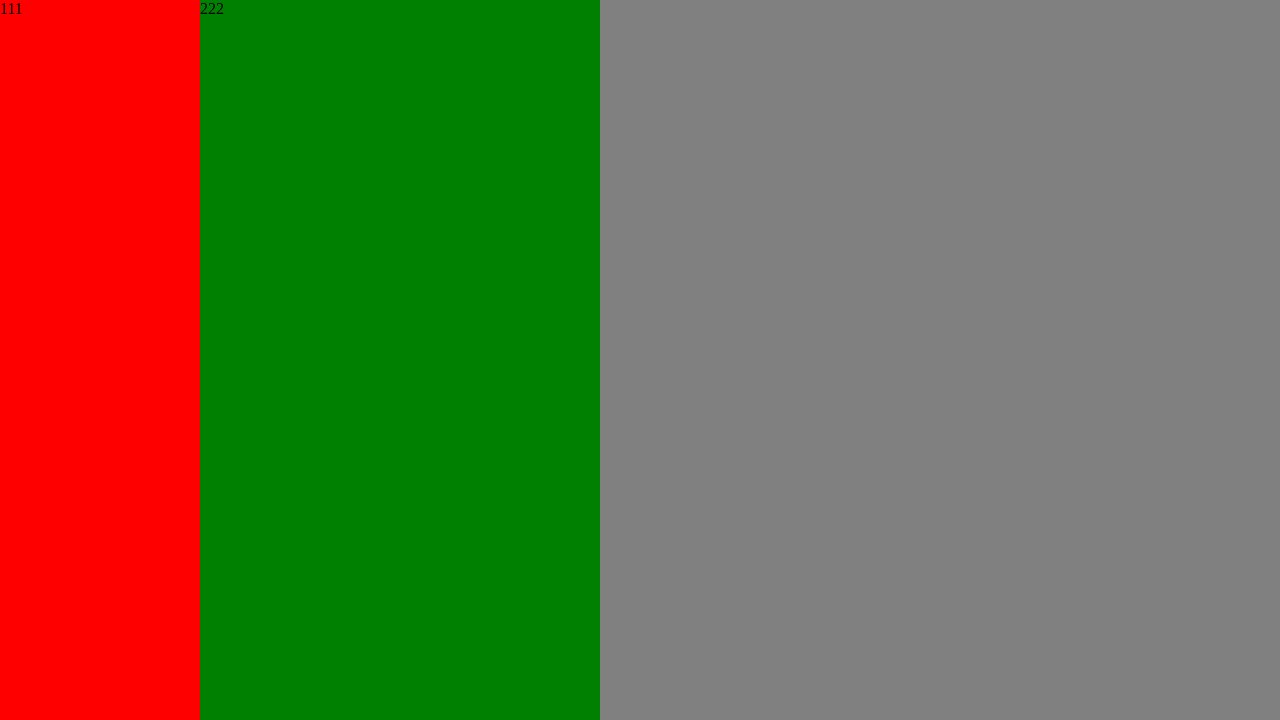
Repository: lihaitao123321/vue-demo-1
Page: /
An editor plug-in stored every save of this project. The page is shown before and after the next save, followed by the edit.
The browser window is 1280 px wide. The pictures show the whole page.
The project was rebuilt for these pictures with package versions that can differ from the ones it lists, and the page was loaded fresh each time.

Above is the page before, as saved 2021-12-20 10:25:02.

After the next save:
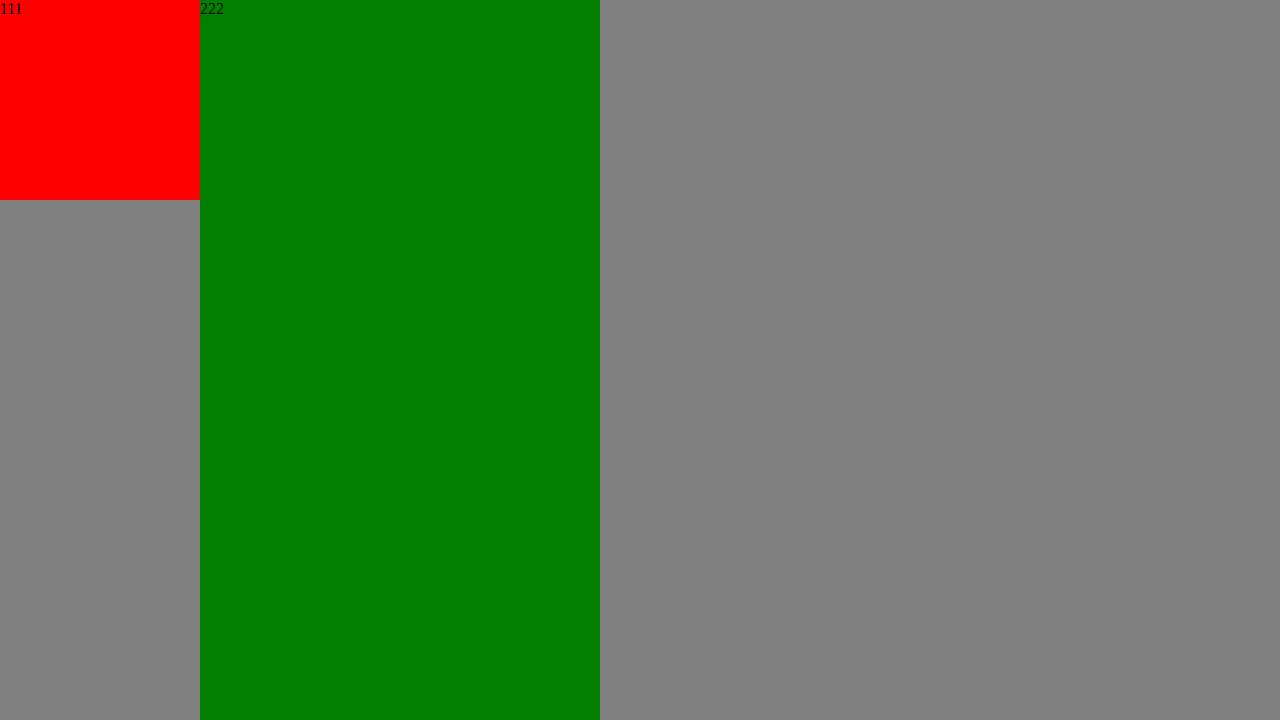
Saved 15 s later.
--- a/src/App.vue
+++ b/src/App.vue
@@ -39,6 +39,7 @@
 .div1 {
   background-color: red;
   width: 200px;
+  height: 200px;
 }
 .div2 {
   background-color: green;

After the save that followed:
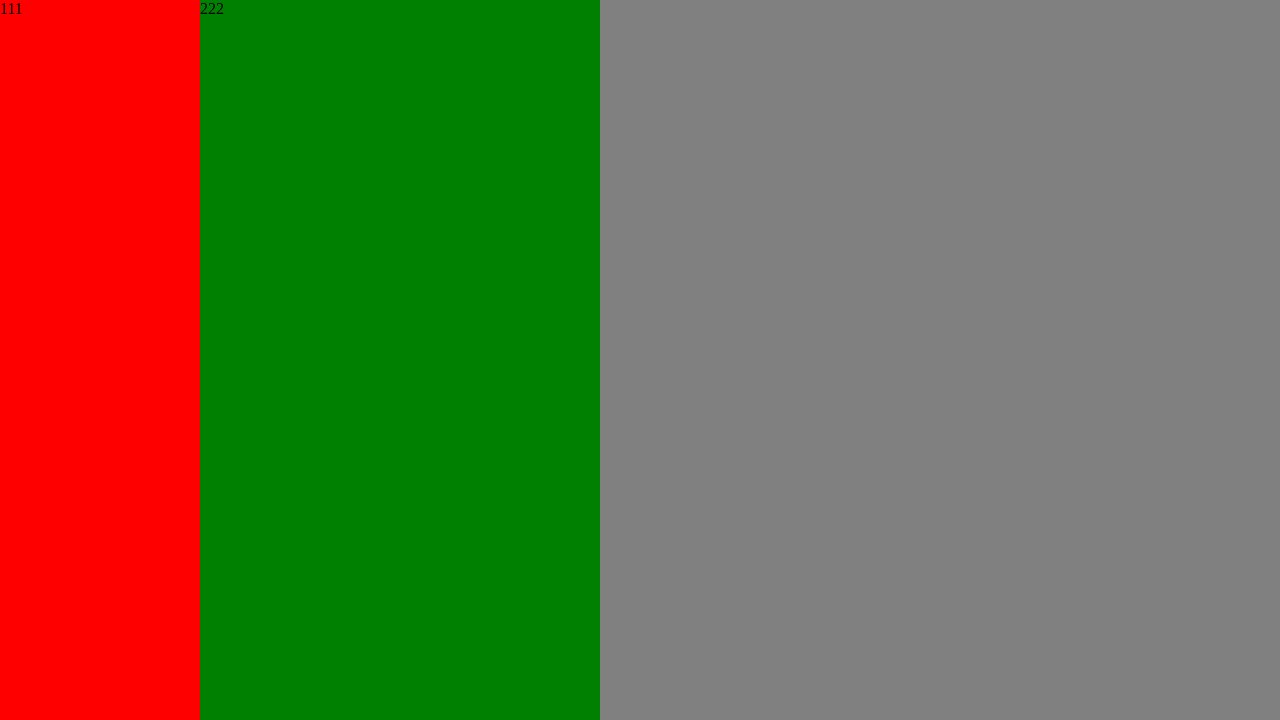
Saved 40 s later.
--- a/src/App.vue
+++ b/src/App.vue
@@ -39,7 +39,6 @@
 .div1 {
   background-color: red;
   width: 200px;
-  height: 200px;
 }
 .div2 {
   background-color: green;
